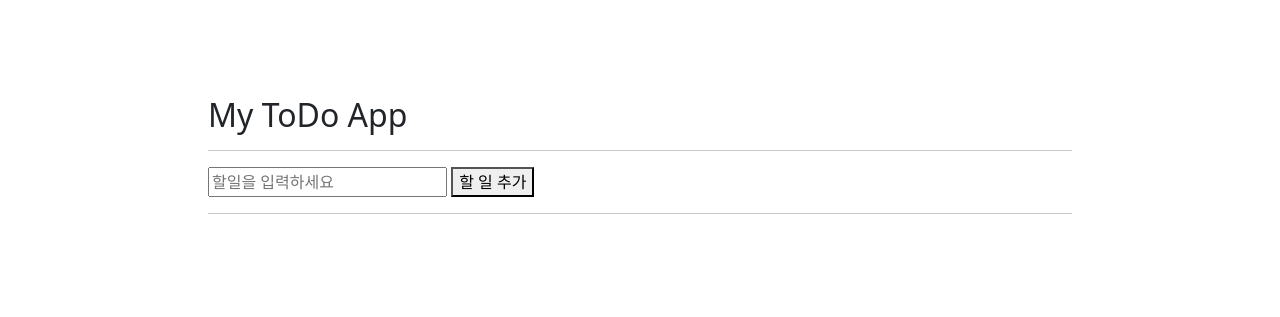
Repository: kiyongee2/kh-jsp
Page: http://localhost/jwbook/ch03/todolist.jsp
The author's editor kept a copy of each file at every save. The page is drawn from the files as they stood at one save, then again after the next save.
The browser window is 1280 px wide. The pictures show the whole page.
The page is served by Tomcat 9. Other server files are loaded and not shown.

Above is the page before, as saved 2023-11-18 09:10:20.

### jwbook/src/main/webapp/ch03/todolist.jsp
<%@ page language="java" contentType="text/html; charset=UTF-8"
    pageEncoding="UTF-8"%>
<!DOCTYPE html>
<html>
<head>
<meta charset="UTF-8">
<title>todo list</title>
<link rel="stylesheet" href="../resources/css/bootstrap.css">
</head>
<body>
	<div class="container mx-auto mt-5 p-5 w-75">
		<h2>My ToDo App</h2>
		<hr>
			<input id="item" type="text" placeholder="할일을 입력하세요">
			<button type="button" onclick="addItem()">할 일 추가</button>
		<hr>
		<ul id="todolist"></ul>
	</div>
</body>
</html>

Loaded but not shown: jwbook/src/main/webapp/resources/css/bootstrap.css (library)

After the next save:
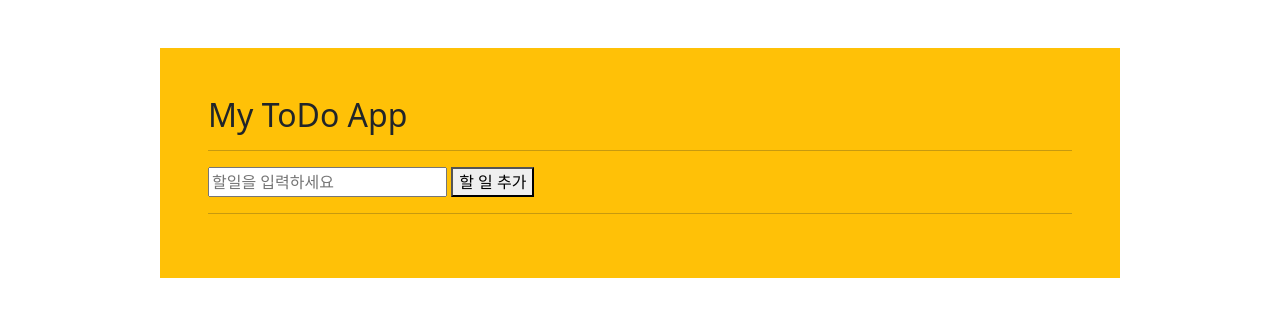
Saved 24 s later.
--- a/jwbook/src/main/webapp/ch03/todolist.jsp
+++ b/jwbook/src/main/webapp/ch03/todolist.jsp
@@ -8,7 +8,7 @@
 <link rel="stylesheet" href="../resources/css/bootstrap.css">
 </head>
 <body>
-	<div class="container mx-auto mt-5 p-5 w-75">
+	<div class="container bg-warning mx-auto mt-5 p-5 w-75">
 		<h2>My ToDo App</h2>
 		<hr>
 			<input id="item" type="text" placeholder="할일을 입력하세요">
